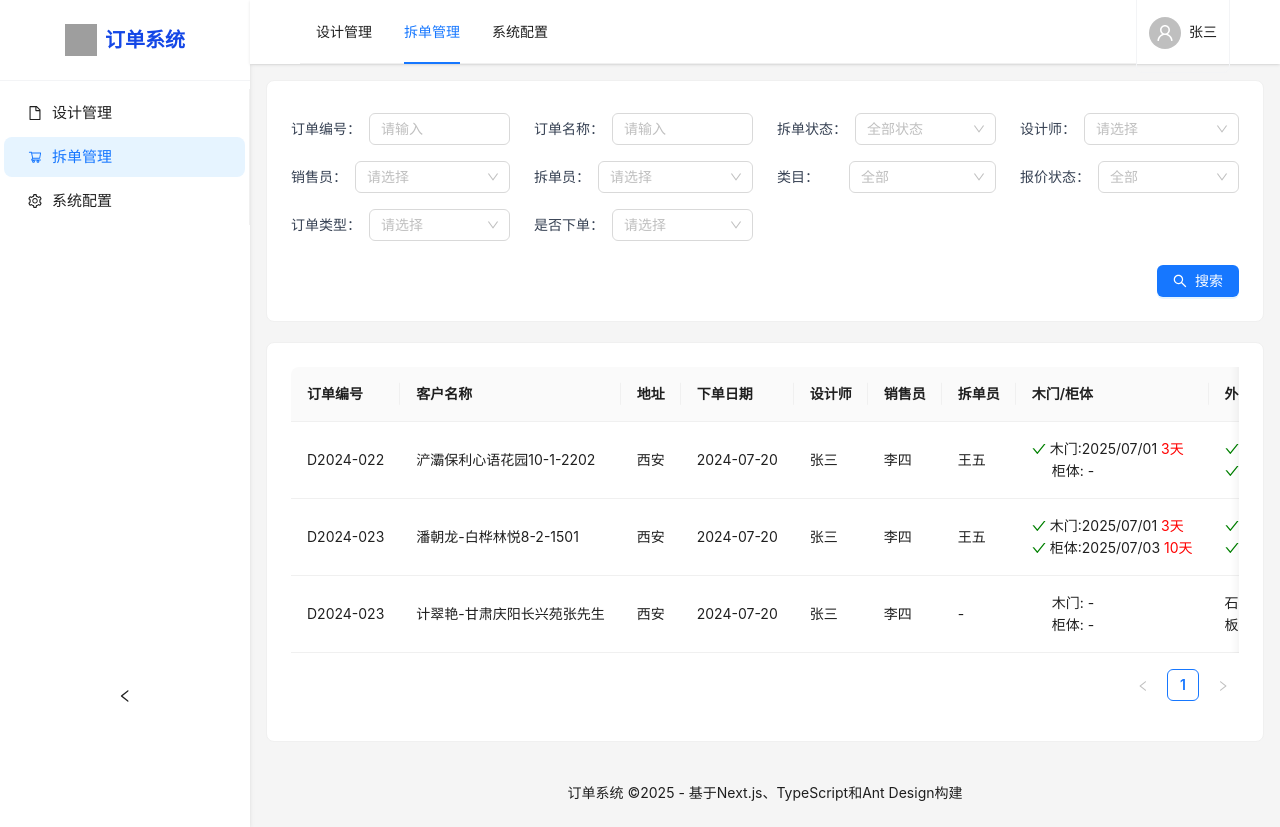
Repository: Garyxiwang/order_system
Page: /split (app in front/)
These files come from the project's save history. The page is drawn as it stood at one moment and after the next save; the edit follows.
The browser window is 1280 px wide. The pictures show the whole page.
Pictures or frames that could not be fetched are drawn as grey boxes. The project was rebuilt for these pictures with package versions that can differ from the ones it lists, and the page was loaded fresh each time. The framework's server and built-in components were replaced by stand-ins that run in the browser. Also part of the build but not shown: front/next.config.js, front/next.config.ts.

Above is the page before, as saved 2025-08-04 17:16:25.

After the next save:
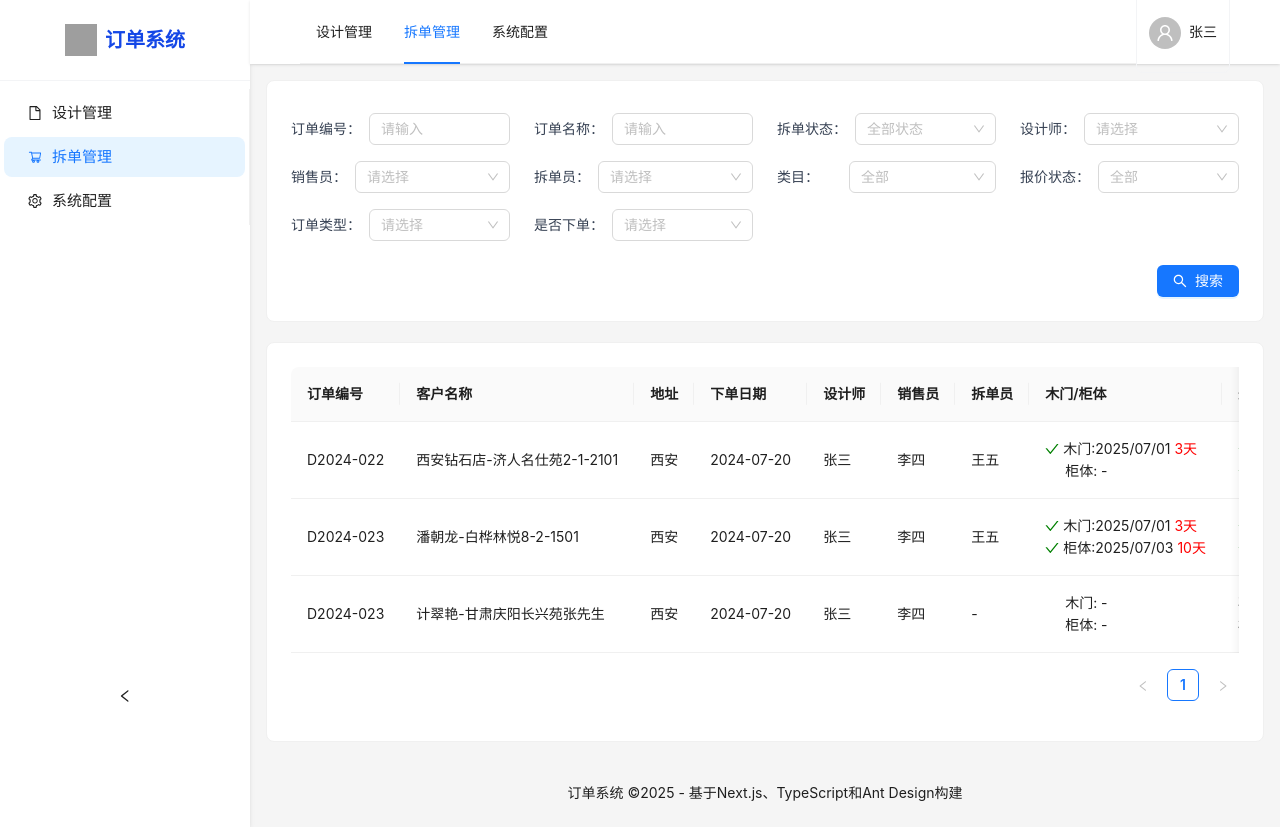
Saved 6 s later.
--- a/front/src/app/split/page.tsx
+++ b/front/src/app/split/page.tsx
@@ -27,7 +27,7 @@ const DesignPage: React.FC = () => {
   const designData = [
     {
       designNumber: "D2024-022",
-      customerName: "浐灞保利心语花园10-1-2202",
+      customerName: "西安钻石店-济人名仕苑2-1-2101",
       address: "西安",
       createTime: "2024-07-20",
       designer: "张三",
